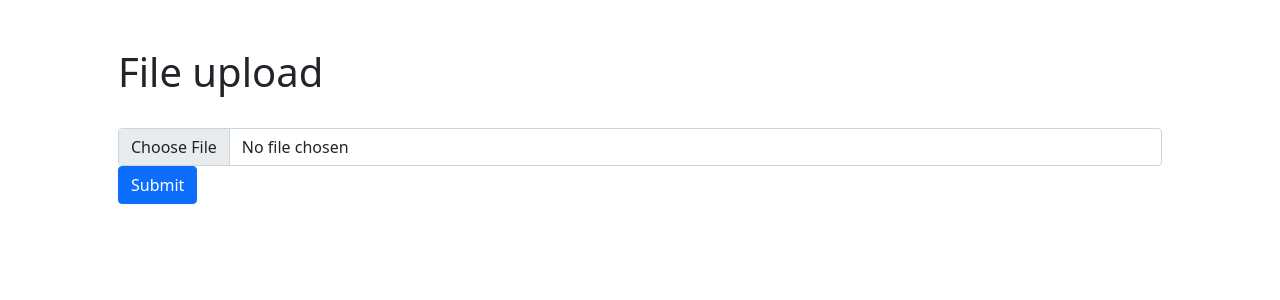
Repository: parvaizsajad/SpringFrameWork
Page: http://localhost/com.springMvc.search/upload
An editor plug-in stored every save of this project. The page is shown before and after the next save, followed by the edit.
The browser window is 1280 px wide. The pictures show the whole page.
The page is served by Tomcat 9.

Above is the page before, as saved 2021-09-10 17:07:33.

After the next save:
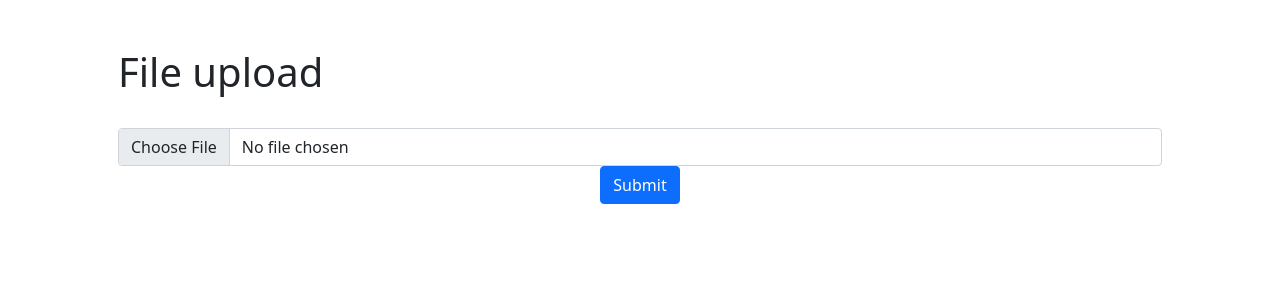
Saved 32 s later.
--- a/com.springMvc.search/src/main/webapp/WEB-INF/views/fileForm.jsp
+++ b/com.springMvc.search/src/main/webapp/WEB-INF/views/fileForm.jsp
@@ -20,7 +20,8 @@
     <div class="mb-3">
   <label for="formFile" class="form-label"></label>
   <input class="form-control" type="file" id="formFile">
-    <button type="submit" class="btn btn-primary ">Submit</button>
+  <div class="text-center">
+    <button type="submit" class="btn btn-primary ">Submit</button></div>
 </div>
 
     </form>
